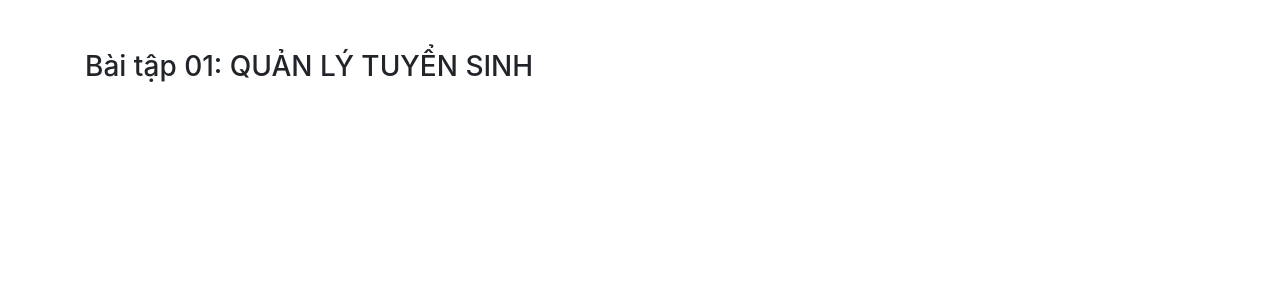
Repository: ducdatit2002/javascript-tinh-day15
Page: index.html
The author's editor kept a copy of each file at every save. The page is drawn from the files as they stood at one save, then again after the next save.
The browser window is 1280 px wide. The pictures show the whole page.

Above is the page before, as saved 2023-08-19 23:53:22.

After the next save:
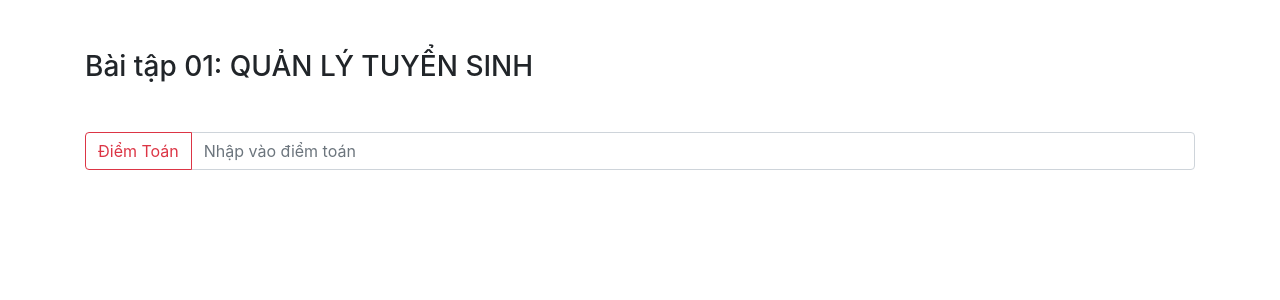
Saved 16 s later.
--- a/index.html
+++ b/index.html
@@ -21,7 +21,17 @@
     <div class="container" style="margin-bottom: 500px; margin-top: 50px;">
         <div class="baiTap1">
             <h3>Bài tập 01: QUẢN LÝ TUYỂN SINH</h3>
-
+            <div class="input-group mt-5">
+            <div class="input-group-prepend">
+              <button class="btn btn-outline-danger">Điểm Toán</button>
+            </div>
+            <input
+              type="text"
+              class="form-control"
+              id="diemToan"
+              placeholder="Nhập vào điểm toán"
+            />
+          </div>
         </div>
     </div>
     <!-- Optional JavaScript -->

After the save that followed:
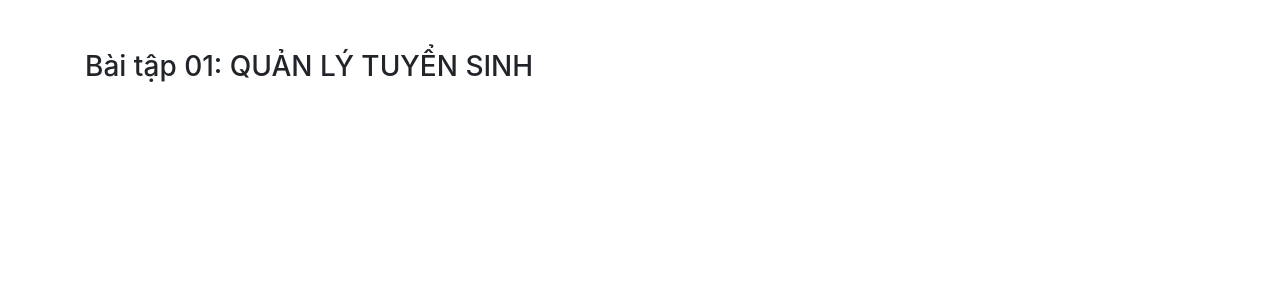
Saved 6 s later.
--- a/index.html
+++ b/index.html
@@ -21,17 +21,7 @@
     <div class="container" style="margin-bottom: 500px; margin-top: 50px;">
         <div class="baiTap1">
             <h3>Bài tập 01: QUẢN LÝ TUYỂN SINH</h3>
-            <div class="input-group mt-5">
-            <div class="input-group-prepend">
-              <button class="btn btn-outline-danger">Điểm Toán</button>
-            </div>
-            <input
-              type="text"
-              class="form-control"
-              id="diemToan"
-              placeholder="Nhập vào điểm toán"
-            />
-          </div>
+
         </div>
     </div>
     <!-- Optional JavaScript -->
